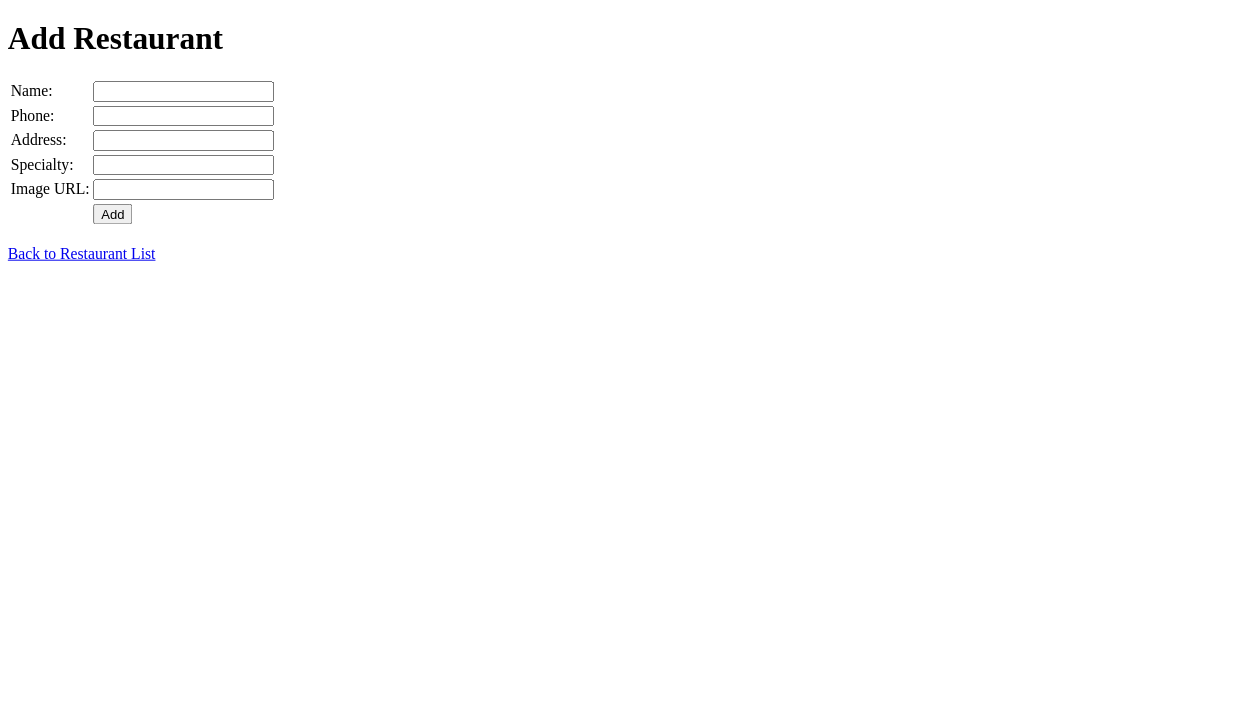
Repository: eyaajili/j2ee
Page: http://localhost/projet_j2ee/addRestaurant.jsp
The author's editor kept a copy of each file at every save. The page is drawn from the files as they stood at one save, then again after the next save.
The browser window is 1280 px wide. The pictures show the whole page, at 98% of full size.
The page is served by Tomcat 9.

Above is the page before, as saved 2023-04-29 21:17:08.

After the next save:
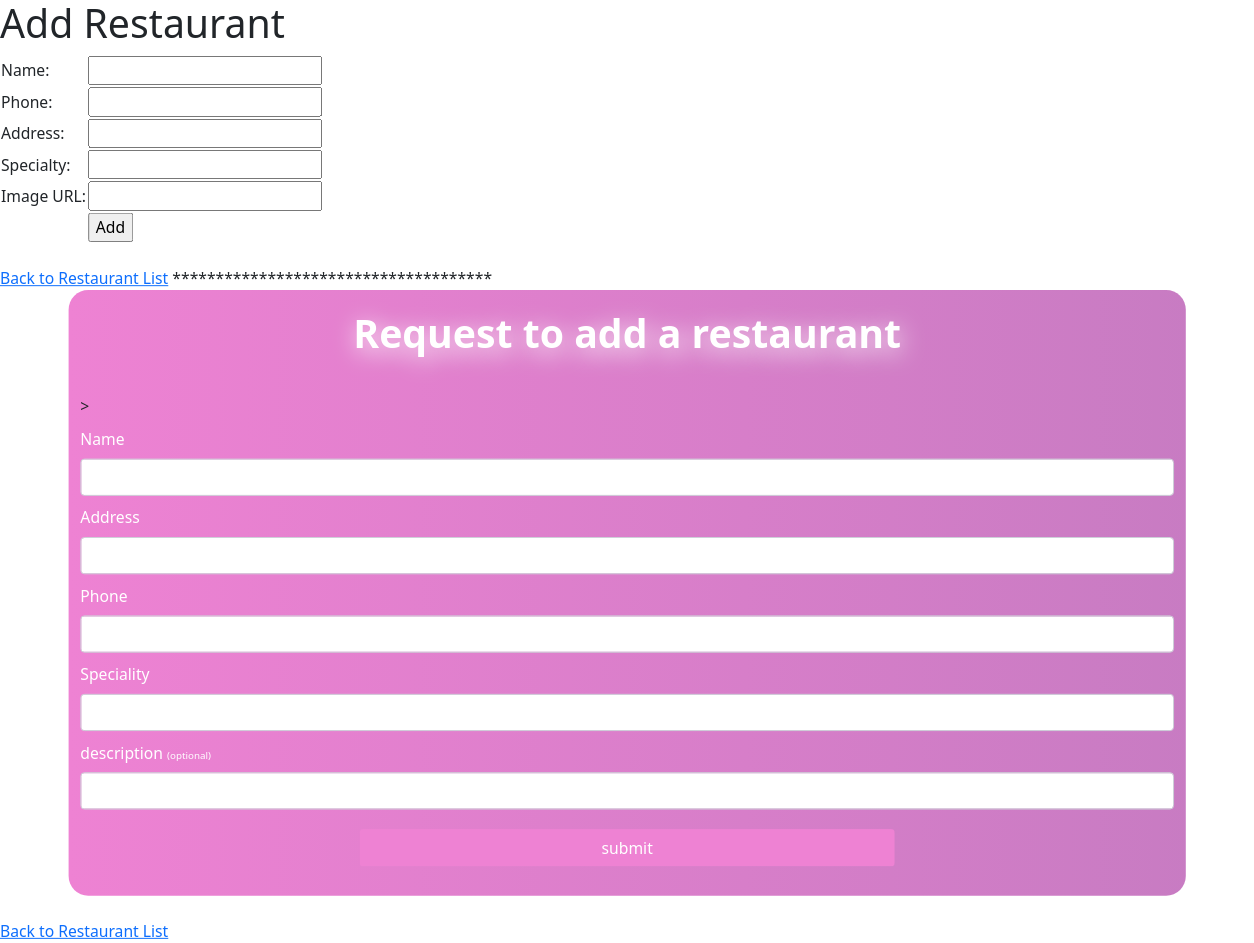
Saved 3 min 8 s later.
--- a/projet j2ee/src/main/webapp/addRestaurant.jsp
+++ b/projet j2ee/src/main/webapp/addRestaurant.jsp
@@ -44,3 +44,91 @@
 <a href="Servlet?action=listRestaurant">Back to Restaurant List</a>
 </body>
 </html>
+*************************************
+<!DOCTYPE html>
+<html lang="en">
+<head>
+    <meta charset="UTF-8">
+    <meta http-equiv="X-UA-Compatible" content="IE=edge">
+    <meta name="viewport" content="width=device-width, initial-scale=1.0">
+    <title>Request</title>
+    <link
+    href="https://cdn.jsdelivr.net/npm/bootstrap@5.0.2/dist/css/bootstrap.min.css"
+    rel="stylesheet"
+    integrity="sha384-EVSTQN3/azprG1Anm3QDgpJLIm9Nao0Yz1ztcQTwFspd3yD65VohhpuuCOmLASjC"
+    crossorigin="anonymous"
+  />
+  <style>
+    .title{
+        color: white;
+         font-weight: 700;
+        text-align: center;
+        margin-top: 20PX;
+        text-shadow: 2px 5px 25px white;;
+    }
+    label{
+      color: white;
+    }
+
+    .request{
+      margin-top: 30px;
+    }
+
+    .field{
+      margin-top: 10PX;
+      margin-bottom: 10PX;
+    }
+
+    .container{
+      border-radius: 20PX;
+    }
+  </style>
+</head>
+<body>
+    <div class="container" style="
+    background-image: linear-gradient(
+      90deg,
+      #ee82d3,
+      rgba(194, 109, 188, 0.9)
+    );
+  ">
+    <div class="row">
+      <h1 class="title">Request to add a restaurant</h1>
+    </div>
+    <div class="row">
+      <form class="request" form method="get" action="Servlet">
+>
+        <div class="field">
+          <label class="form-label" for="name">Name</label>
+          <input name="name" class="form-control" type="text">
+        </div>
+        <div class="field">
+          <label class="form-label" for="address">Address</label>
+          <input id="address" class="form-control" type="text">
+        </div>
+        <div class="field">
+          <label class="form-label" for="phone">Phone</label>
+          <input id="phone" class="form-control" type="text">
+        </div>
+        <div class="field">
+          <label class="form-label" for="Speciality">Speciality</label>
+          <input id="speciality" class="form-control" type="text">
+        </div>
+        <div class="field">
+          <label class="form-label" for="description" >description <span style="font-size: 10PX;">(optional)</span></label>
+          <input class="form-control" type="text">
+        </div>
+        <div class="row">
+          <div class="col-3"></div>
+          <div class="col-6"><div class="d-grid gap-2">
+          <button class="btn" style="margin-top: 10px; margin-bottom: 30px; background-color: #ee82d3; color: white;">submit</button></div></div>
+          <div class="col-3"></div>
+        </div>
+        <input type="hidden" name="action" value="addRestaurant">
+      </form>
+    </div>
+    </div>
+    <br>
+                  <a href="Servlet?action=listRestaurant">Back to Restaurant List</a>
+</body>
+</html>
